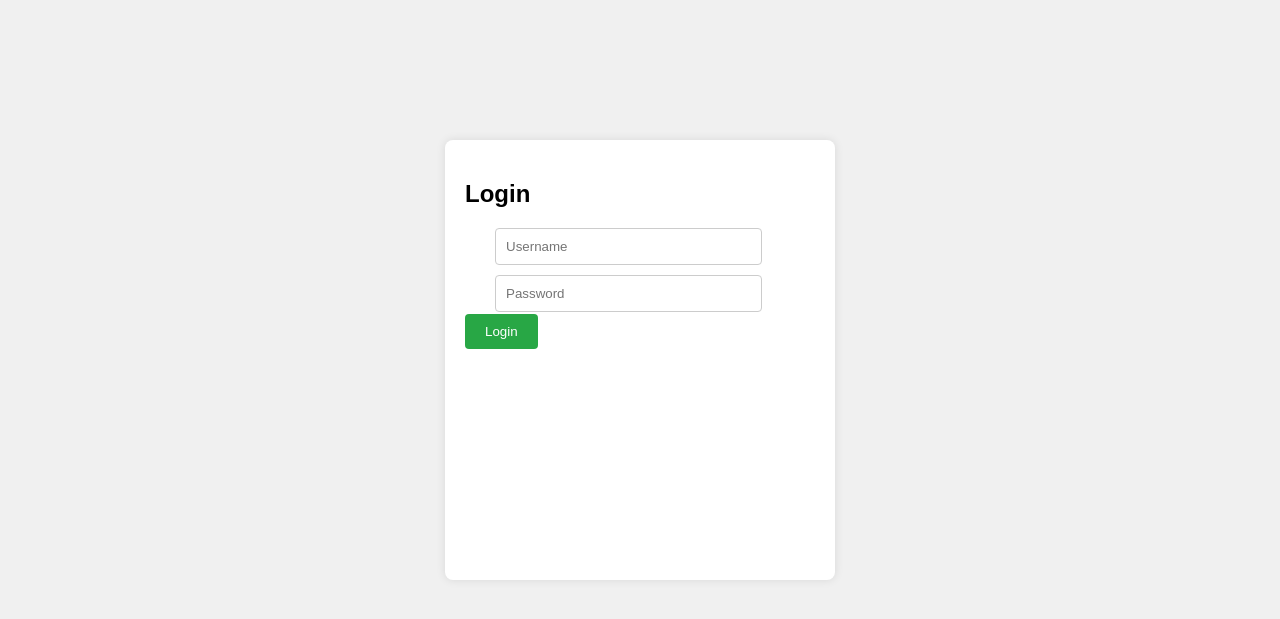
Repository: Anadi-Chauhan/Mentorship-binarybuddy
Page: login.html
The author's editor kept a copy of each file at every save. The page is drawn from the files as they stood at one save, then again after a run of saves.
The browser window is 1280 px wide. The pictures show the whole page.

Above is the page before, as saved 2024-10-19 10:13:18.

### login.html
<!DOCTYPE html>
<html lang="en">
<head>
    <meta charset="UTF-8">
    <meta name="viewport" content="width=device-width, initial-scale=1.0">
    <title>Login Example</title>
    <link rel="stylesheet" href="login.css">
</head>
<body>
    <div class="container">
        <div id="login-form">
            <h2>Login</h2>
            <input type="text" id="username" placeholder="Username" required>
            <input type="password" id="password" placeholder="Password" required>
            <button onclick="login()">Login</button>
            <p id="login-error"></p>
        </div>

        <div id="welcome-section" style="display: none;">
            <h2>Welcome, <span id="user-name"></span>!</h2>
            <button onclick="logout()">Logout</button>
        </div>
    </div>

    <script src="login.js"></script>
</body>
</html>

### login.css
body {
    font-family: Arial, sans-serif;
    display: flex;
    justify-content: center;
    align-items: center;
    height: 100vh;
    background-color: #f0f0f0;
    margin: 0;
}

.container {
    background-color: white;
    width: 350px;
    height: 400px;
    padding: 20px;
    border-radius: 8px;
    box-shadow: 0 0 10px rgba(0, 0, 0, 0.1);
}

input {
    display: block;
    margin: 10px 0;
    padding: 10px;
    width: 70%;
    margin-top: 10px;
    margin-left: 30px;
    border: 1px solid #ccc;
    border-radius: 4px;
}

button {
    padding: 10px 20px;
    background-color: #28a745;
    margin-top: -20px;
    color: white;
    border: none;
    border-radius: 4px;
    cursor: pointer;
}

button:hover {
    background-color: #218838;
}

#error {
    color: red;
}

### login.js
// Script to handle login and logout
function login() {
    const username = document.getElementById("username").value;
    const password = document.getElementById("password").value;

    if (username === "admin" && password === "1234") {
        document.getElementById("login-form").style.display = "none";
        document.getElementById("welcome-section").style.display = "block";
        document.getElementById("user-name").textContent = username;
        document.getElementById("login-error").textContent = "";
    } else {
        document.getElementById("login-error").textContent = "Invalid credentials!";
    }
}

function logout() {
    document.getElementById("login-form").style.display = "block";
    document.getElementById("welcome-section").style.display = "none";
    document.getElementById("username").value = "";
    document.getElementById("password").value = "";
}

After the next 2 saves:
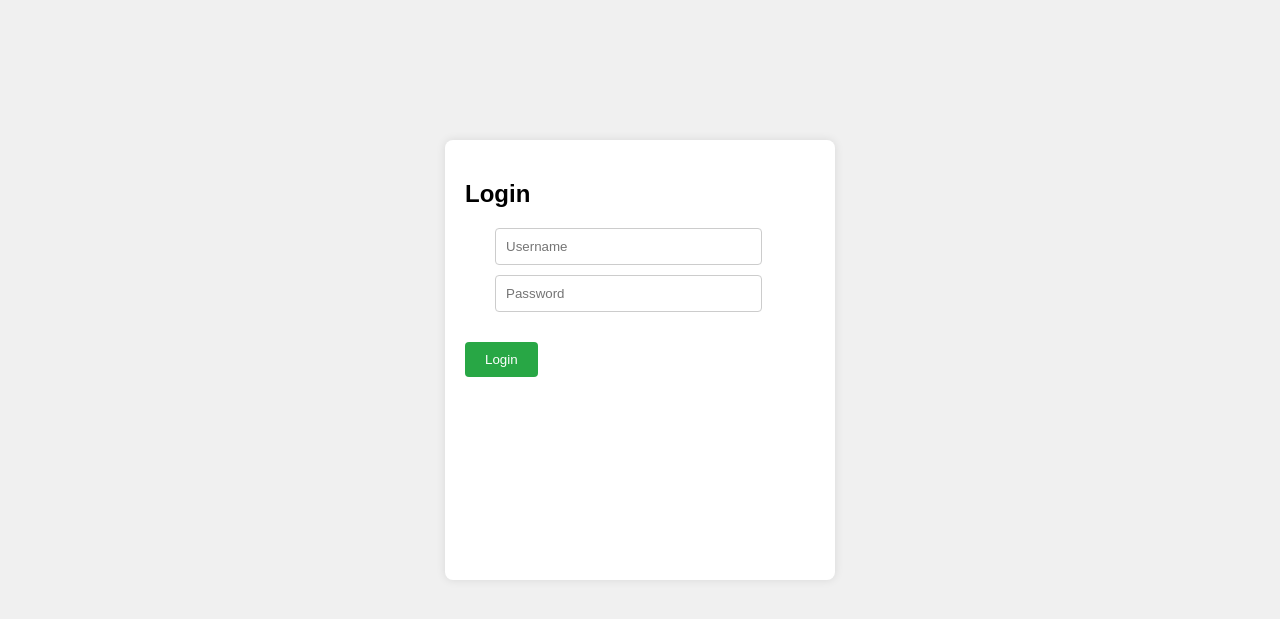
The 2 saves are shown as one change because they came seconds apart.
The last was saved 5 s later.
--- a/login.css
+++ b/login.css
@@ -31,7 +31,7 @@ input {
 button {
     padding: 10px 20px;
     background-color: #28a745;
-    margin-top: -20px;
+    margin-top: 20px;
     color: white;
     border: none;
     border-radius: 4px;
